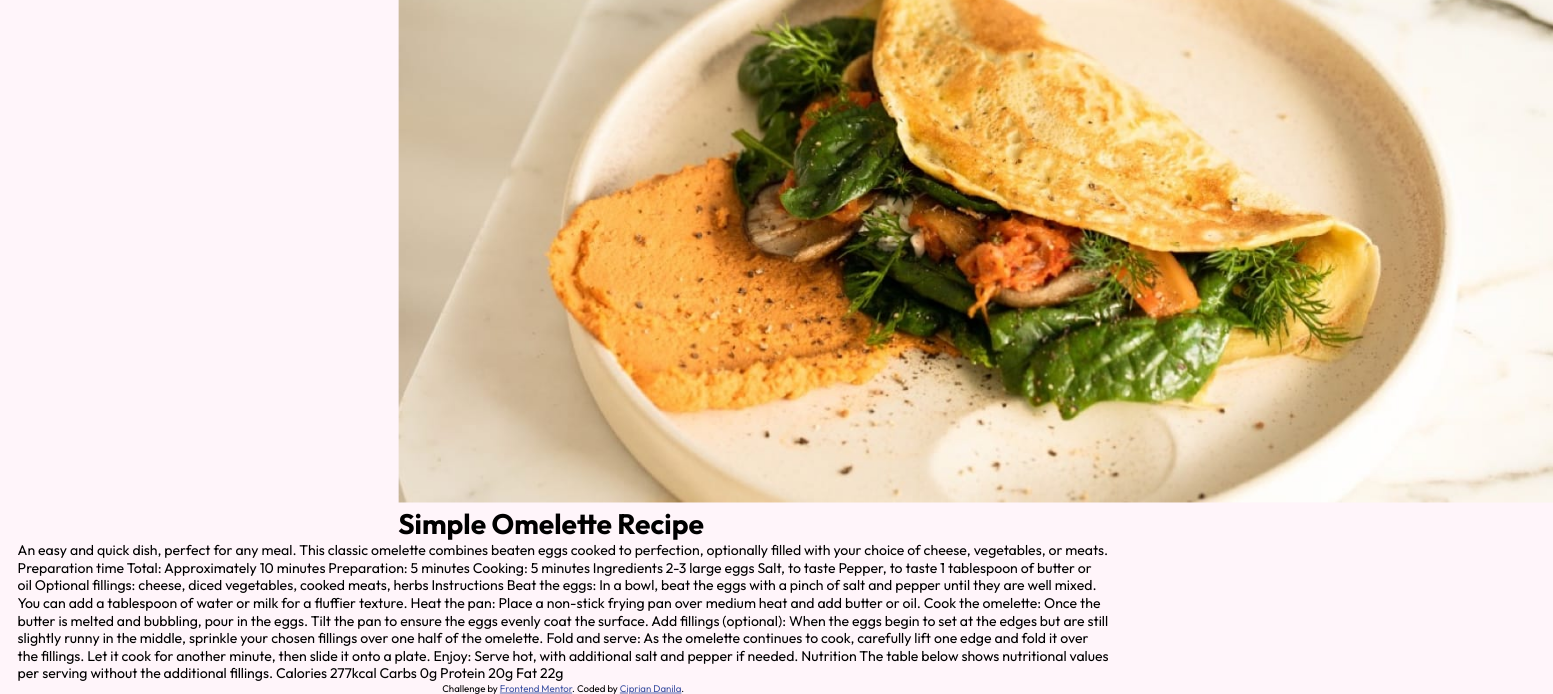
Repository: cipdanila/recipe-page
Page: index.html
These files come from the project's save history. The page is drawn as it stood at one moment and after the next save; the edit follows.
The browser window is 1280 px wide. The page is 1765 px wide, then 1280 px, so the pictures cover 1765 px, including what lies to the right of the window. The pictures show the whole page, at 88% of full size.

Above is the page before, as saved 2024-01-21 14:29:06.

### index.html
<!DOCTYPE html>
<html lang="en">
<head>
  <meta charset="UTF-8">
  <meta name="viewport" content="width=device-width, initial-scale=1.0"> <!-- displays site properly based on user's device -->

  <link rel="icon" type="image/png" sizes="32x32" href="./assets/images/favicon-32x32.png">
  <link rel="stylesheet" href="styles.css">

  <title>Frontend Mentor | Recipe page</title>

</head>
<body>
  <main>
    <div class="container">
      <img src="./assets/images//image-omelette.jpeg" alt="image-omlette">
      <h1>
        Simple Omelette Recipe
      </h1>
    </div>
  </main>

  An easy and quick dish, perfect for any meal. This classic omelette combines beaten eggs cooked
  to perfection, optionally filled with your choice of cheese, vegetables, or meats.

  Preparation time

  Total: Approximately 10 minutes
  Preparation: 5 minutes
  Cooking: 5 minutes

  Ingredients

  2-3 large eggs
  Salt, to taste
  Pepper, to taste
  1 tablespoon of butter or oil
  Optional fillings: cheese, diced vegetables, cooked meats, herbs

  Instructions

  Beat the eggs: In a bowl, beat the eggs with a pinch of salt and pepper until they are well mixed.
  You can add a tablespoon of water or milk for a fluffier texture.

  Heat the pan: Place a non-stick frying pan over medium heat and add butter or oil.

  Cook the omelette: Once the butter is melted and bubbling, pour in the eggs. Tilt the pan to ensure
  the eggs evenly coat the surface.

  Add fillings (optional): When the eggs begin to set at the edges but are still slightly runny in the
  middle, sprinkle your chosen fillings over one half of the omelette.

  Fold and serve: As the omelette continues to cook, carefully lift one edge and fold it over the
  fillings. Let it cook for another minute, then slide it onto a plate.

  Enjoy: Serve hot, with additional salt and pepper if needed.

  Nutrition

  The table below shows nutritional values per serving without the additional fillings.

  Calories
  277kcal

  Carbs
  0g

  Protein
  20g

  Fat
  22g
  <footer>
    <div class="attribution">
      Challenge by <a href="https://www.frontendmentor.io?ref=challenge" target="_blank" rel="noopener">Frontend Mentor</a>.
      Coded by <a href="https://github.com/cipdanila" target="_blank" rel="noopener noreferrer">Ciprian Danila</a>.
    </div>
  </footer>
</body>
</html>

### styles.css
@import url("https://fonts.googleapis.com/css2?family=Outfit:wght@400;600;700&family=Young+Serif&display=swap");

* {
    margin: 0;
    padding: 0;
    box-sizing: border-box;
}

:root {
    /* Primary Colors */
    --nutmeg: hsl(14, 45%, 36%);
    --dark-raspberry: hsl(332, 51%, 32%);
    /* Neutral Colors */
    --white: hsl(0, 0%, 100%);
    --rose-white: hsl(330, 100%, 98%);
    --eggshell: hsl(30, 54%, 90%);
    --light-grey: hsl(30, 18%, 87%);
    --wenge-brown: hsl(30, 10%, 34%);
    --dark-charcoal: hsl(24, 5%, 18%);
}

body {
    font-family: "Outfit", sans-serif;
    font-size: 16px;
    background-color: var(--rose-white);
    display: flex;
    flex-direction: column;
    align-items: center;
    justify-content: center;
    height: calc(100vh - 1px);
    margin: 1.25rem;
}

.attribution {
    font-size: 11px;
    text-align: center;
}

.attribution a {
    color: hsl(228, 45%, 44%);
}

@media (min-width: 375px) {
    .container {
        width: 375px;
    }
}

After the next save:
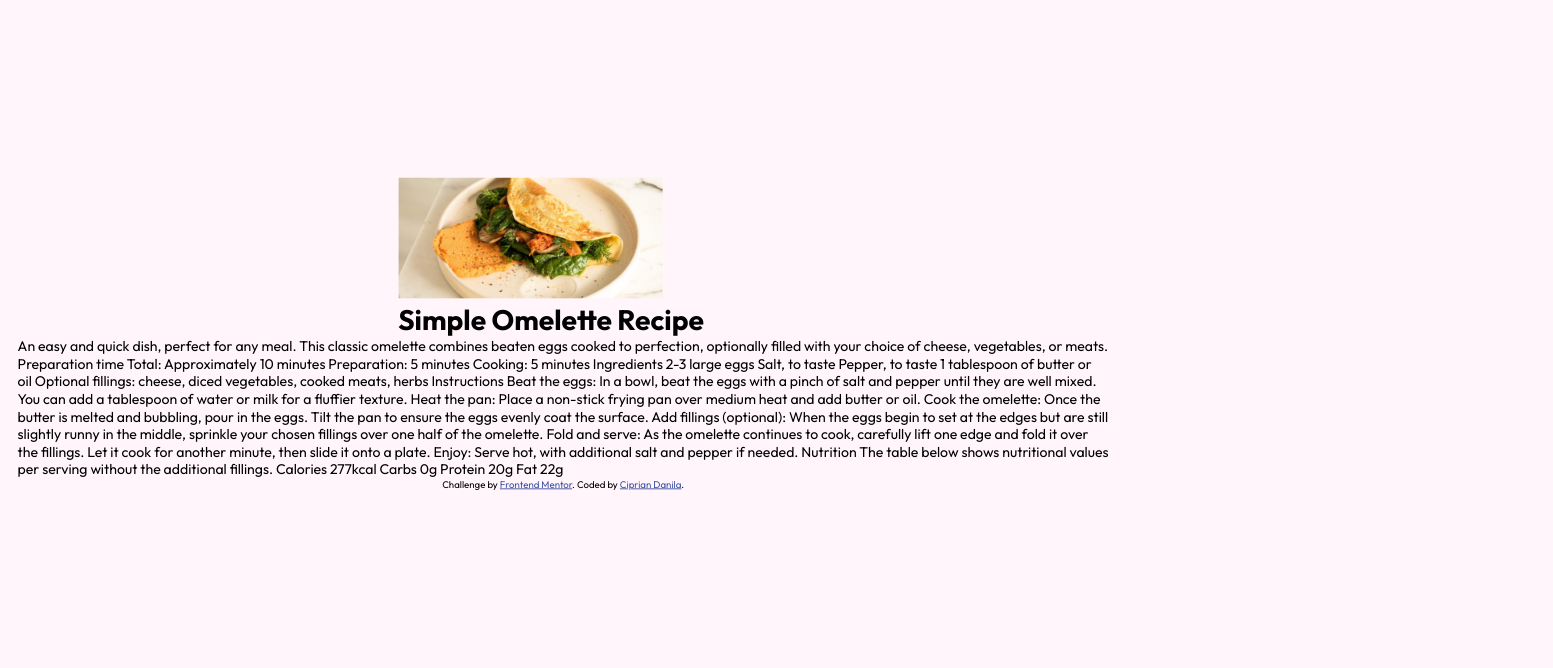
Saved 65 s later.
--- a/styles.css
+++ b/styles.css
@@ -31,6 +31,10 @@
     margin: 1.25rem;
 }
 
+img {
+    max-width: 80%;
+}
+
 .attribution {
     font-size: 11px;
     text-align: center;
